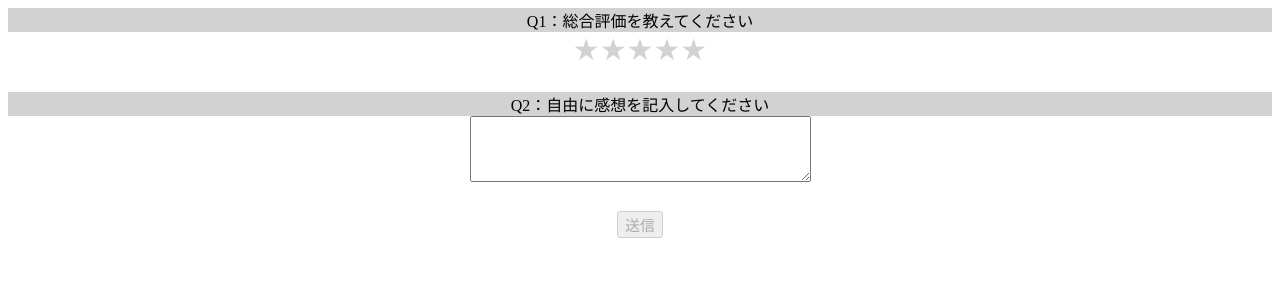
Repository: mikumiura/intern-chatbot
Page: templates/first-page.html
An editor plug-in stored every save of this project. The page is shown before and after the next save, followed by the edit.
The browser window is 1280 px wide. The pictures show the whole page.

Above is the page before, as saved 2022-08-24 05:12:26.

### templates/first-page.html
<!DOCTYPE html>
<html>

<head>
    <meta charset="utf-8">
    <meta name="viewport" content="width=device-width, initial-scale=1.0">
    <title>検索bot評価ページ</title>

    <link rel="stylesheet" href="static/style.css" type="text/css">
</head>


<body style="text-align:center">
    <script src="https://unpkg.com/vue@next"></script>
    <script src="https://unpkg.com/axios/dist/axios.min.js"></script>

    <div id = "app">
        <div class="bottom-25">
            <div class="bgc">Q1：総合評価を教えてください</div>
            <div>
                <div v-bind:class="{'star-gold':stars[0], 'star-gray':!stars[0]}" v-on:click="star(1)" class="pointer size-30">★</div>
                <div v-bind:class="{'star-gold':stars[1], 'star-gray':!stars[1]}" v-on:click="star(2)" class="pointer size-30">★</div>
                <div v-bind:class="{'star-gold':stars[2], 'star-gray':!stars[2]}" v-on:click="star(3)" class="pointer size-30">★</div>
                <div v-bind:class="{'star-gold':stars[3], 'star-gray':!stars[3]}" v-on:click="star(4)" class="pointer size-30">★</div>
                <div v-bind:class="{'star-gold':stars[4], 'star-gray':!stars[4]}" v-on:click="star(5)" class="pointer size-30">★</div>
            </div>
        </div>

        <div class="bottom-25">
            <div class="bgc">Q2：自由に感想を記入してください</div>
            <div>
                <textarea v-model="comment" cols="40" rows="4"></textarea> <!-- v-on:hogehoge（入力に関する処理の感知）でisActive()をtrueに -->
            </div>
        </div>

        <div>
            <input v-bind:disabled="comment==''" v-on:click="submit()" type="submit" value="送信" class="pointer size-15">
        </div>
    </div>

</body>
</html>

<script>
    let stars = [false, false, false, false, false];

    const Star = {
        data() {
            return {
                stars,
                rate: 0,
                comment: ""
            }
        },
        methods: {
            star: function(num) {
                this.rate = num
                // 1~num番目までをtrueに置き換える処理
                for (let i=0; i<num; i++) {
                    this.stars.splice(i, 1, true)
                }
                // num+1~5番目までをfalseに置き換える処理
                for (let i=num; i<5; i++) {
                    this.stars.splice(i, 1, false)
                }
            },
            submit: function() {
                alert("送信完了")

                axios.post('/test1', {
                    rate: this.rate,
                    comment: this.comment
                })
                .then(function(response) {
                    console.log(response)
                })
                .catch(function(error) {
                    console.log(error)
                })

                window.open('/test2', null)
            }
        }
    }
    Vue.createApp(Star).mount("#app")
</script>

### static/style.css
div div div div {
    display: inline-block;
}

.star-gold {
    color: #ffd700;
}

.star-orange {
    color: #ffa500;
}

.star-gray {
    color: #d2d2d2;
}

.pointer {
    cursor: pointer;
}

.size-15 {
    font-size: 15px;
}

.size-30 {
    font-size: 30px;
}

.bottom-25 {
    margin-bottom: 25px;
}

.bgc {
    background-color: #d2d2d2;
}

After the next save:
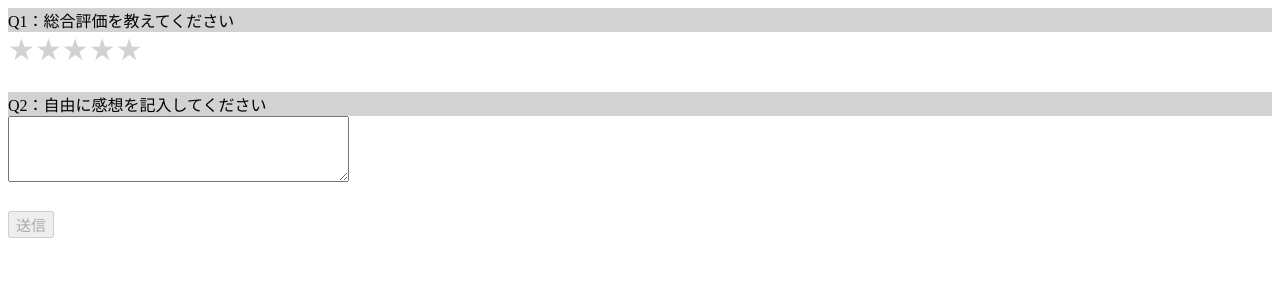
Saved 20 s later.
--- a/templates/first-page.html
+++ b/templates/first-page.html
@@ -9,8 +9,9 @@
     <link rel="stylesheet" href="static/style.css" type="text/css">
 </head>
 
+<!--  style="text-align:center" -->
 
-<body style="text-align:center">
+<body>
     <script src="https://unpkg.com/vue@next"></script>
     <script src="https://unpkg.com/axios/dist/axios.min.js"></script>
 
